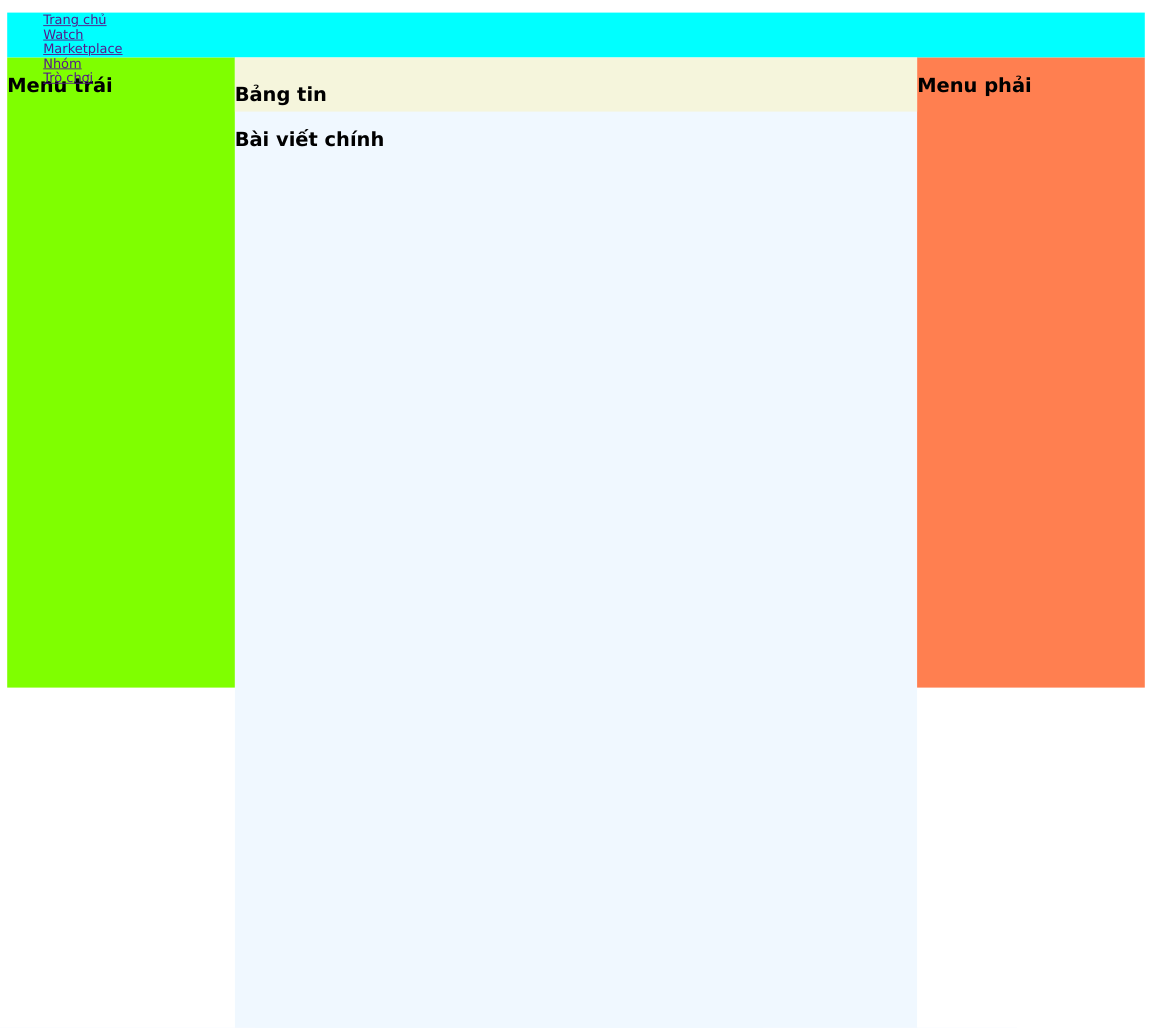
Repository: congle98/CSS_LayoutFacebookCoBan
Page: index.html
These files come from the project's save history. The page is drawn as it stood at one moment and after the next save; the edit follows.
The browser window is 1280 px wide. The pictures show the whole page, at 90% of full size.

Above is the page before, as saved 2021-05-26 15:43:03.

After the next save:
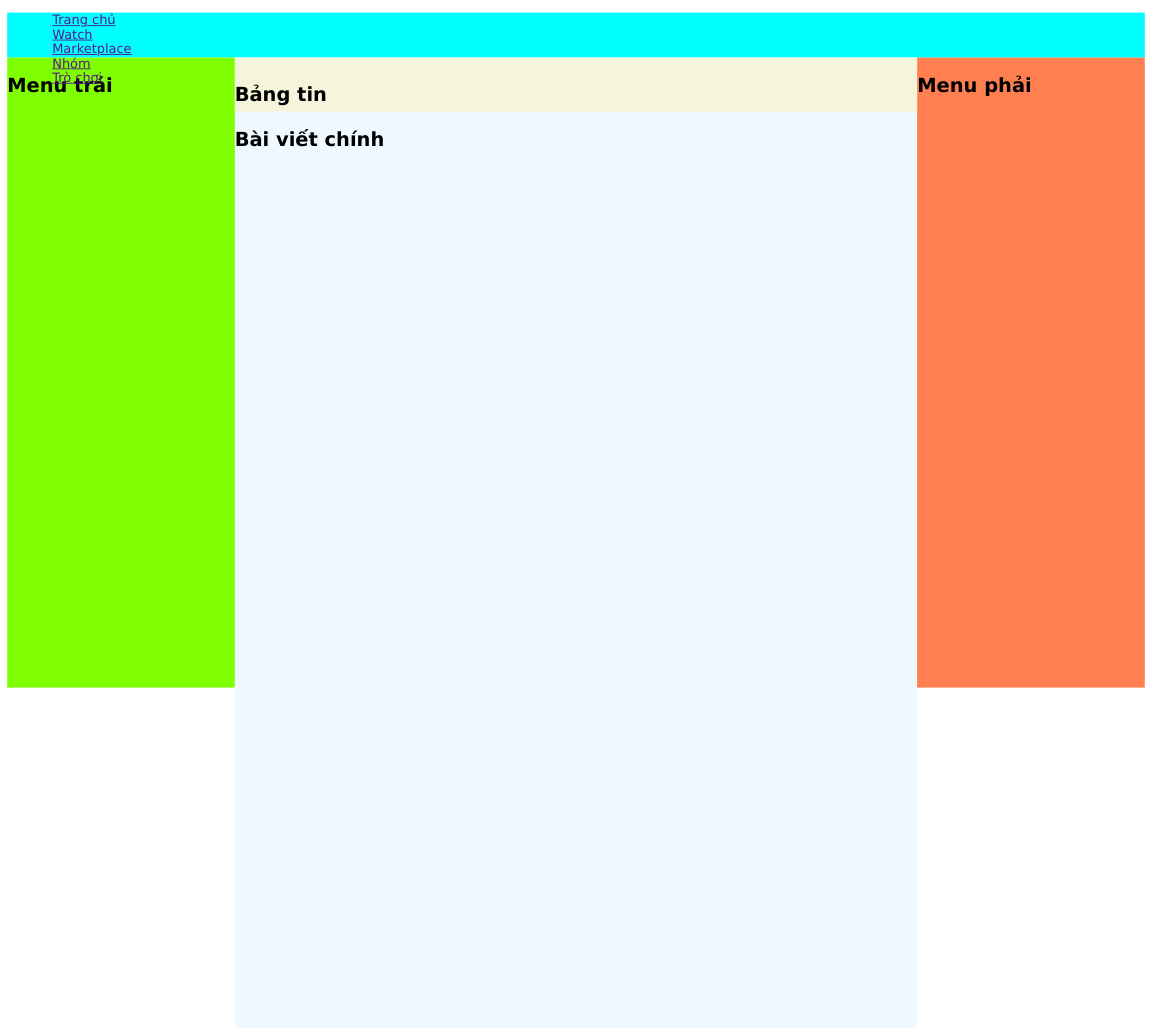
Saved 6 s later.
--- a/index.html
+++ b/index.html
@@ -50,7 +50,8 @@
         text-decoration:none;
         }
         nav ul li a{
-
+            text-align: left;
+    padding-left: 10px;
         }
 
     </style>
